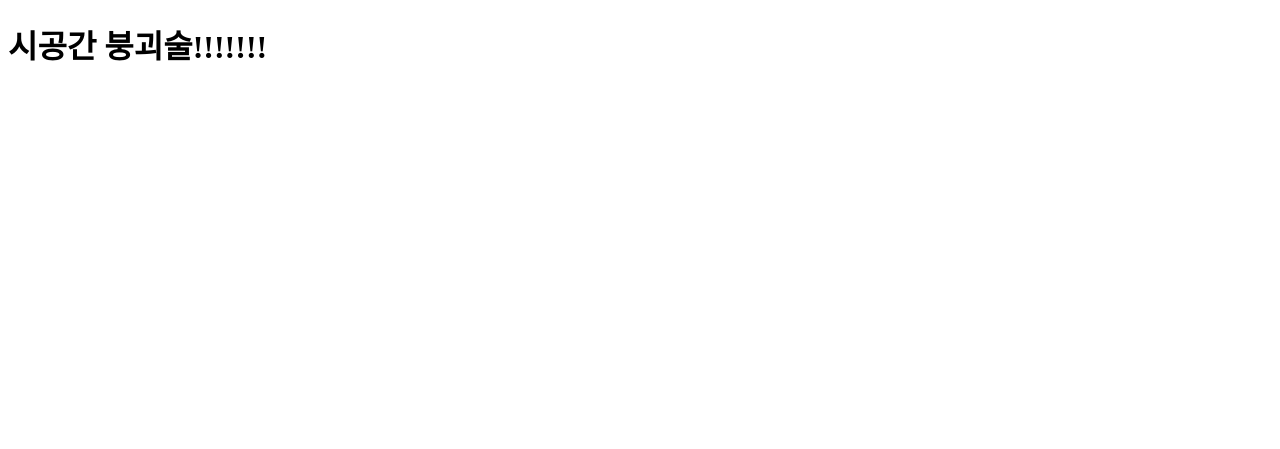
Repository: LucestDail/WebEclipse-Workspace
Page: htmlProject/WebContent/htmlEx8.html
The author's editor kept a copy of each file at every save. The page is drawn from the files as they stood at one save, then again after the next save.
The browser window is 1280 px wide. The pictures show the whole page.

Above is the page before, as saved 2020-11-05 07:17:49.

After the next save:
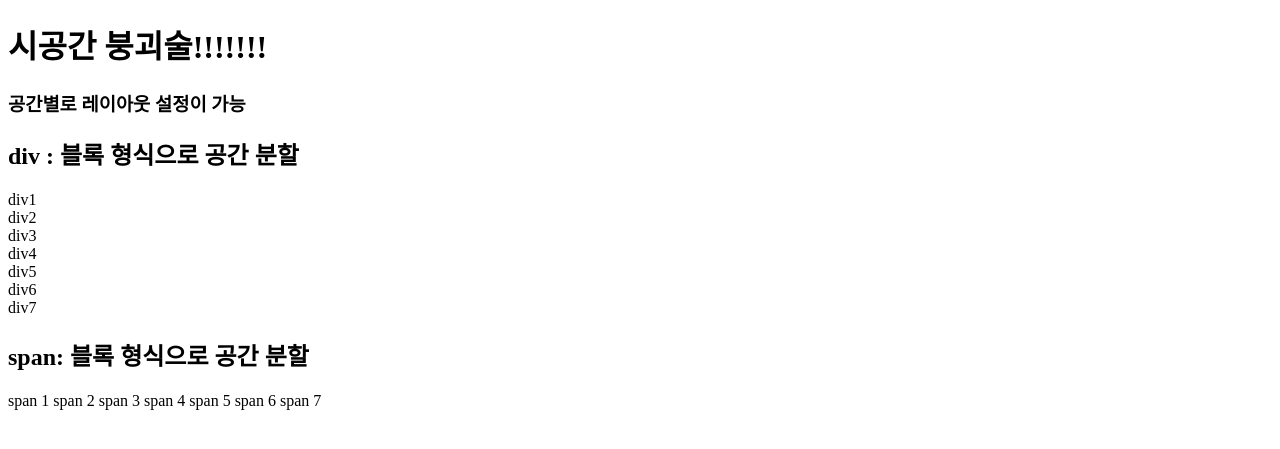
Saved 9 min 36 s later.
--- a/htmlProject/WebContent/htmlEx8.html
+++ b/htmlProject/WebContent/htmlEx8.html
@@ -2,9 +2,27 @@
 <html>
 <head>
 <meta charset="UTF-8">
-<title>Insert title here</title>
+<title>공간 분할 : div, span</title>
 </head>
 <body>
-<h1>시공간 붕괴술!!!!!!!</h1>
+<h1>시공간 붕괴술!!!!!!!<br></h1>
+<h3> 공간별로 레이아웃 설정이 가능</h3>
+<h2>div : 블록 형식으로 공간 분할</h2>
+<div>div1</div>
+<div>div2</div>
+<div>div3</div>
+<div>div4</div>
+<div>div5</div>
+<div>div6</div>
+<div>div7</div>
+<h2>span: 블록 형식으로 공간 분할</h2>
+<span>span 1</span>
+<span>span 2</span>
+<span>span 3</span>
+<span>span 4</span>
+<span>span 5</span>
+<span>span 6</span>
+<span>span 7</span>
+
 </body>
 </html>
